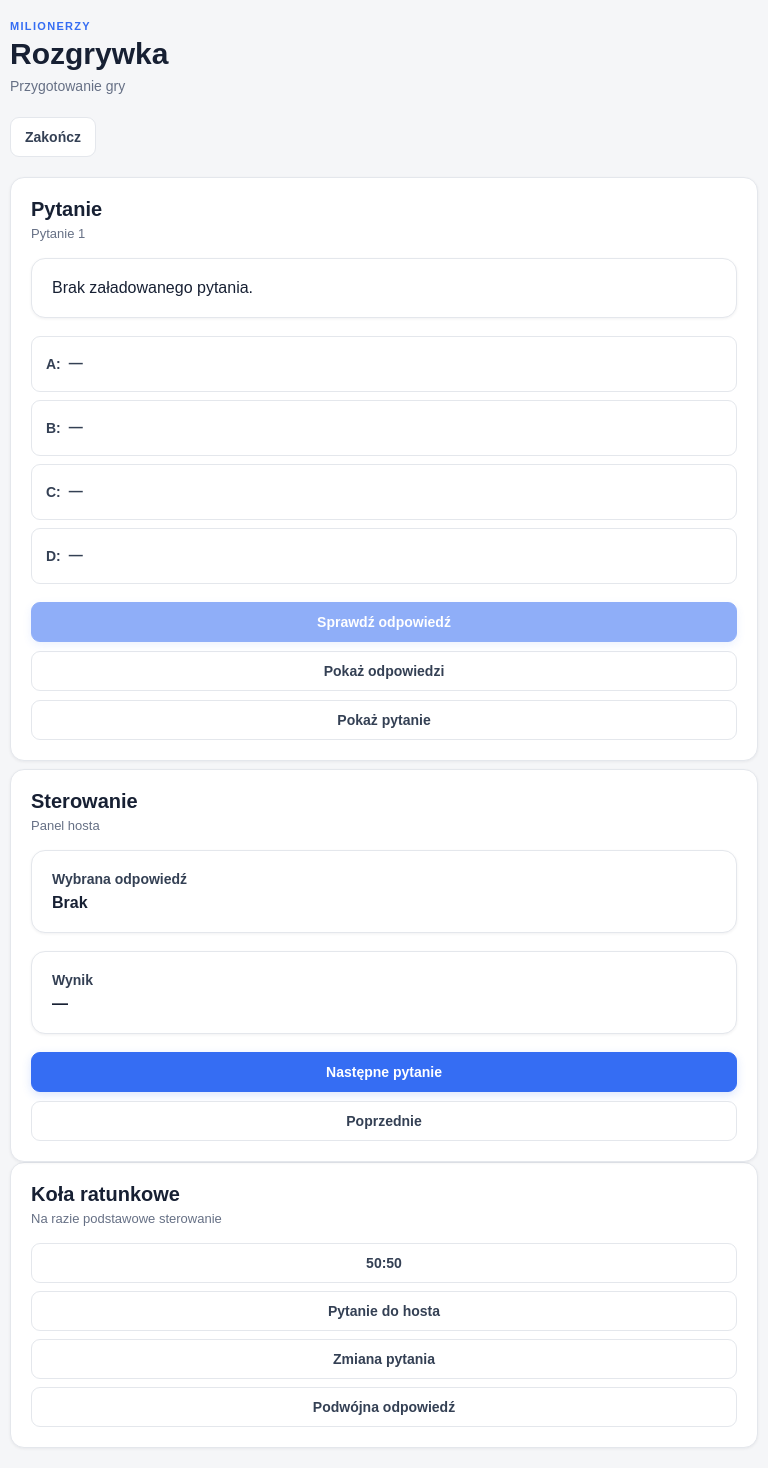
Repository: WaleonGames/HTGMilionerzy
Page: views/game.html
An editor plug-in stored every save of this project. The page is shown before and after a run of saves, followed by the edit.
The browser window is 768 px wide. The pictures show the whole page.

Above is the page before, as saved 2026-09-05 20:42:41.

### views/game.html
<!doctype html>
<html lang="pl">
<head>
  <meta charset="UTF-8">
  <meta name="viewport" content="width=device-width,initial-scale=1.0">

  <title>Milionerzy - Gra</title>

  <link rel="stylesheet" href="../public/css/style.css">
  <link rel="stylesheet" href="../public/css/design.css">
</head>
<body>
  <main class="page">
    <header class="page-header">
      <div class="page-header-main">
        <span class="eyebrow">
          MILIONERZY
        </span>

        <h1 class="page-title">
          Rozgrywka
        </h1>

        <p
          id="gameStatus"
          class="page-description"
        >
          Przygotowanie gry
        </p>
      </div>

      <div class="form-actions">
        <button
          id="backButton"
          class="button button-secondary"
          type="button"
        >
          Zakończ
        </button>
      </div>
    </header>

    <section class="grid grid-2">
      <section class="panel">
        <div class="panel-header">
          <div>
            <h2>
              Pytanie
            </h2>

            <span id="questionNumber">
              Pytanie 1
            </span>
          </div>
        </div>

        <div class="form">
          <div
            id="questionText"
            class="card"
          >
            Brak załadowanego pytania.
          </div>

          <div
            id="answersGrid"
            class="grid grid-2"
          >
            <button
              class="button answer-option"
              data-answer="A"
              type="button"
            >
              <strong>A:</strong>
              <span id="answerTextA">—</span>
            </button>

            <button
              class="button answer-option"
              data-answer="B"
              type="button"
            >
              <strong>B:</strong>
              <span id="answerTextB">—</span>
            </button>

            <button
              class="button answer-option"
              data-answer="C"
              type="button"
            >
              <strong>C:</strong>
              <span id="answerTextC">—</span>
            </button>

            <button
              class="button answer-option"
              data-answer="D"
              type="button"
            >
              <strong>D:</strong>
              <span id="answerTextD">—</span>
            </button>
          </div>

          <div class="form-actions">
            <button
              id="showQuestionButton"
              class="button button-secondary"
              type="button"
            >
              Pokaż pytanie
            </button>

            <button
              id="showAnswersButton"
              class="button button-secondary"
              type="button"
            >
              Pokaż odpowiedzi
            </button>

            <button
              id="checkAnswerButton"
              class="button button-primary"
              type="button"
              disabled
            >
              Sprawdź odpowiedź
            </button>
          </div>
        </div>
      </section>

      <section class="panel">
        <div class="panel-header">
          <div>
            <h2>
              Sterowanie
            </h2>

            <span>
              Panel hosta
            </span>
          </div>
        </div>

        <div class="form">
          <div class="card">
            <div class="form-field">
              <label>
                Wybrana odpowiedź
              </label>

              <strong id="selectedAnswer">
                Brak
              </strong>
            </div>
          </div>

          <div class="card">
            <div class="form-field">
              <label>
                Wynik
              </label>

              <strong id="answerResult">
                —
              </strong>
            </div>
          </div>

          <div class="form-actions">
            <button
              id="previousQuestionButton"
              class="button button-secondary"
              type="button"
            >
              Poprzednie
            </button>

            <button
              id="nextQuestionButton"
              class="button button-primary"
              type="button"
            >
              Następne pytanie
            </button>
          </div>
        </div>
      </section>
    </section>

    <section class="panel">
      <div class="panel-header">
        <div>
          <h2>
            Koła ratunkowe
          </h2>

          <span>
            Na razie podstawowe sterowanie
          </span>
        </div>
      </div>

      <div class="grid grid-4">
        <button
          id="lifeline5050"
          class="button"
          type="button"
        >
          50:50
        </button>

        <button
          id="lifelineHost"
          class="button"
          type="button"
        >
          Pytanie do hosta
        </button>

        <button
          id="lifelineChange"
          class="button"
          type="button"
        >
          Zmiana pytania
        </button>

        <button
          id="lifelineDouble"
          class="button"
          type="button"
        >
          Podwójna odpowiedź
        </button>
      </div>
    </section>
  </main>

  <script src="../public/js/design.js"></script>
  <script src="../public/js/game.js"></script>
</body>
</html>

### public/css/style.css
*{
  box-sizing:border-box;
  margin:0;
  padding:0;
}

html,
body{
  width:100%;
  min-height:100%;
}

body{
  min-height:100vh;
  font-family:Arial,sans-serif;
}

button,
input,
select,
textarea{
  font:inherit;
}

button{
  cursor:pointer;
}

[hidden]{
  display:none !important;
}

/* =========================
   APP
========================= */

.app{
  min-height:100vh;
}

/* =========================
   PAGE
========================= */

.page{
  width:min(1100px,calc(100% - 32px));
  margin:0 auto;
  padding:28px 0;
}

.page-header{
  display:flex;
  align-items:center;
  justify-content:space-between;
  gap:20px;
  margin-bottom:20px;
}

.page-header-main{
  min-width:0;
}

.page-title{
  margin:4px 0;
  font-size:30px;
  line-height:1.2;
}

.page-description{
  font-size:14px;
  line-height:1.5;
}

.eyebrow{
  display:block;
  font-size:11px;
  font-weight:800;
  letter-spacing:.12em;
}

.text-muted{
  font-size:13px;
}

/* =========================
   TOPBAR
========================= */

.topbar{
  display:flex;
  align-items:center;
  justify-content:space-between;
  gap:20px;
  min-height:72px;
  padding:14px 24px;
}

.topbar-left{
  display:flex;
  align-items:center;
  gap:14px;
  min-width:0;
}

.topbar-left>div{
  min-width:0;
}

.topbar-left h1{
  margin:0;
  font-size:24px;
  line-height:1.2;
}

.topbar-left p{
  margin-top:4px;
  font-size:13px;
}

.topbar-actions{
  display:flex;
  align-items:center;
  gap:9px;
}

/* =========================
   APP LAYOUT
========================= */

.app-layout{
  display:grid;
  grid-template-columns:240px minmax(0,1fr);
  min-height:calc(100vh - 82px);
}

/* =========================
   SIDEBAR
========================= */

.sidebar{
  display:flex;
  flex-direction:column;
  padding:18px 14px;
  border-right:1px solid;
}

/* =========================
   NAVIGATION
========================= */

.nav{
  display:flex;
  flex-direction:column;
  gap:6px;
}

.nav-item{
  display:flex;
  align-items:center;
  width:100%;
  min-height:44px;
  padding:0 13px;
  border:0;
  border-radius:9px;
  font-size:14px;
  font-weight:700;
  text-align:left;
}

/* =========================
   CONTENT
========================= */

.content{
  width:100%;
  min-width:0;
  max-width:1050px;
  padding:28px 30px 50px;
}

/* =========================
   SECTION
========================= */

.section-header{
  margin-bottom:18px;
}

.section-header h2{
  font-size:27px;
  line-height:1.2;
}

.section-header p{
  margin-top:5px;
  font-size:14px;
  line-height:1.5;
}

/* =========================
   TAB
========================= */

.tab-panel{
  display:none;
}

.tab-panel.active{
  display:block;
}

/* =========================
   PANEL
========================= */

.panel{
  padding:20px;
  border:1px solid;
  border-radius:14px;
}

.panel-header{
  display:flex;
  align-items:center;
  justify-content:space-between;
  gap:16px;
  margin-bottom:16px;
}

.panel-header h2{
  margin-bottom:3px;
  font-size:20px;
}

.panel-header span{
  font-size:13px;
}

/* =========================
   CARD
========================= */

.card{
  padding:20px;
  border:1px solid;
  border-radius:14px;
}

/* =========================
   ACTION CARD
========================= */

.action-card{
  display:flex;
  flex-direction:column;
  align-items:flex-start;
  justify-content:center;

  width:100%;
  min-height:130px;

  padding:20px;

  text-align:left;

  cursor:pointer;
}

.action-card-title{
  font-size:18px;
  font-weight:800;
}

.action-card-description{
  margin-top:7px;

  font-size:13px;
  line-height:1.45;
}

/* =========================
   BUTTON
========================= */

.button{
  display:inline-flex;
  align-items:center;
  justify-content:center;
  min-height:40px;
  padding:0 14px;
  border:1px solid;
  border-radius:9px;
  font-size:14px;
  font-weight:700;
  text-decoration:none;
}

.button:active{
  transform:scale(.98);
}

.button-icon{
  width:40px;
  height:40px;
  flex:0 0 40px;
  padding:0;
  font-size:20px;
}

/* =========================
   LIST
========================= */

.list{
  display:flex;
  flex-direction:column;
  gap:10px;
}

.list-item{
  padding:14px;
  border:1px solid;
  border-radius:10px;
}

.list-item-header{
  display:flex;
  align-items:flex-start;
  justify-content:space-between;
  gap:16px;
  margin-bottom:12px;
}

.list-item-header h3{
  flex:1;
  min-width:0;
  font-size:16px;
  line-height:1.4;
}

/* =========================
   GRID
========================= */

.grid{
  display:grid;
  gap:8px;
}

.grid-2{
  grid-template-columns:repeat(2,minmax(0,1fr));
}

.grid-3{
  grid-template-columns:repeat(3,minmax(0,1fr));
}

.grid-4{
  grid-template-columns:repeat(4,minmax(0,1fr));
}

/* =========================
   ANSWER
========================= */

.answer{
  padding:9px 11px;
  border:1px solid transparent;
  border-radius:8px;
  font-size:14px;
  line-height:1.35;
}

.answer strong{
  margin-right:4px;
}

/* =========================
   FORM
========================= */

.form{
  display:flex;
  flex-direction:column;
  gap:18px;
}

.form-field{
  display:flex;
  flex-direction:column;
  gap:7px;
}

.form-field label{
  display:flex;
  align-items:center;
  justify-content:space-between;
  gap:10px;
  font-size:14px;
  font-weight:700;
}

input,
select,
textarea{
  width:100%;
  min-height:40px;
  padding:8px 10px;
  border:1px solid;
  border-radius:8px;
}

textarea{
  min-height:90px;
  resize:vertical;
}

.form-grid{
  display:grid;
  grid-template-columns:repeat(2,minmax(0,1fr));
  gap:10px;
}

.form-actions{
  display:flex;
  align-items:center;
  justify-content:flex-end;
  gap:9px;
}

/* =========================
   INPUT GROUP
========================= */

.input-group{
  display:flex;
  align-items:center;
  overflow:hidden;
  min-height:40px;
  border:1px solid;
  border-radius:8px;
}

.input-group-label{
  display:flex;
  align-items:center;
  justify-content:center;
  align-self:stretch;
  width:40px;
  flex:0 0 40px;
  font-size:13px;
  font-weight:700;
}

.input-group input{
  min-height:40px;
  border:0;
  border-radius:0;
}

/* =========================
   SETTING ROW
========================= */

.setting-row{
  display:flex;
  align-items:center;
  justify-content:space-between;
  gap:20px;
  padding:14px;
  border:1px solid;
  border-radius:10px;
  cursor:pointer;
}

.setting-row>div{
  display:flex;
  flex-direction:column;
  gap:4px;
  min-width:0;
}

.setting-row strong{
  font-size:14px;
  line-height:1.35;
}

.setting-row span{
  font-size:13px;
  line-height:1.4;
}

/* =========================
   SWITCH
========================= */

.setting-row input[type="checkbox"]{
  position:relative;
  appearance:none;
  width:44px;
  min-width:44px;
  height:24px;
  min-height:24px;
  padding:0;
  border:0;
  border-radius:999px;
  cursor:pointer;
}

.setting-row input[type="checkbox"]::after{
  content:"";
  position:absolute;
  top:3px;
  left:3px;
  width:18px;
  height:18px;
  border-radius:50%;
  transition:transform .18s ease;
}

.setting-row input[type="checkbox"]:checked::after{
  transform:translateX(20px);
}

/* =========================
   RANGE
========================= */

input[type="range"]{
  height:6px;
  min-height:6px;
  padding:0;
  appearance:none;
  border:0;
  border-radius:999px;
}

input[type="range"]::-webkit-slider-thumb{
  appearance:none;
  width:18px;
  height:18px;
  border-radius:50%;
  cursor:pointer;
}

input[type="range"]::-moz-range-thumb{
  width:18px;
  height:18px;
  border:0;
  border-radius:50%;
  cursor:pointer;
}

/* =========================
   COLOR
========================= */

input[type="color"]{
  width:80px;
  height:40px;
  padding:4px;
  cursor:pointer;
}

/* =========================
   PRIZE LIST
========================= */

.prize-list{
  display:flex;
  flex-direction:column;
  gap:9px;
}

.prize-item{
  display:grid;
  grid-template-columns:100px minmax(0,1fr) 180px;
  align-items:center;
  gap:10px;
  padding:10px 12px;
  border:1px solid;
  border-radius:9px;
}

.prize-number{
  font-size:14px;
  font-weight:700;
}

/* =========================
   EMPTY
========================= */

.empty{
  padding:28px 16px;
  border:1px dashed;
  border-radius:10px;
  text-align:center;
  font-size:14px;
}

/* =========================
   MODAL
========================= */

.modal-backdrop{
  position:fixed;
  inset:0;
  z-index:1000;
  display:flex;
  align-items:center;
  justify-content:center;
  padding:16px;
}

.modal-backdrop[hidden]{
  display:none;
}

.modal{
  width:min(580px,100%);
  max-height:calc(100vh - 32px);
  overflow:auto;
  padding:18px;
  border:1px solid;
  border-radius:13px;
}

.modal-header{
  display:flex;
  align-items:flex-start;
  justify-content:space-between;
  gap:16px;
  margin-bottom:18px;
}

.modal-header h2{
  margin-top:3px;
  font-size:22px;
}

.modal-actions{
  display:flex;
  align-items:center;
  justify-content:flex-end;
  gap:9px;
  margin-top:18px;
}

/* =========================
   MAIN MENU
========================= */

.main-menu{
  width:min(980px,calc(100% - 32px));
  margin:0 auto;
  padding:40px 0;
}

.menu-header{
  margin-bottom:24px;
}

.menu-header h1{
  margin:5px 0;
  font-size:34px;
}

.menu-header p{
  font-size:14px;
}

.menu-grid{
  display:grid;
  grid-template-columns:repeat(2,minmax(0,1fr));
  gap:14px;
}

.menu-card{
  display:flex;
  flex-direction:column;
  align-items:flex-start;
  justify-content:center;
  min-height:130px;
  padding:20px;
  border:1px solid;
  border-radius:14px;
  text-align:left;
}

.menu-card-title{
  font-size:18px;
  font-weight:800;
}

.menu-card-description{
  margin-top:7px;
  font-size:13px;
  line-height:1.45;
}

/* =========================
   STATUS
========================= */

.status-message{
  position:fixed;
  right:24px;
  bottom:24px;
  z-index:1100;
  padding:12px 16px;
  border-radius:9px;
  font-size:14px;
  font-weight:700;
}

/* =========================
   SETTING INLINE
========================= */

.setting-inline{
  display:flex;
  align-items:center;
  gap:8px;
  font-size:13px;
  font-weight:700;
  cursor:pointer;
}

.setting-inline input[type="checkbox"]{
  width:17px;
  min-width:17px;
  height:17px;
  min-height:17px;
  padding:0;
  flex:0 0 17px;
}

/* =========================
   PRIZE INPUT
========================= */

.prize-item input[type="number"]{
  width:100%;
  min-width:0;
}

/* =========================
   FORM FIELD HELPERS
========================= */

.form-field>label>span{
  margin-left:auto;
  font-size:13px;
  font-weight:600;
}

/* =========================
   SELECT
========================= */

select{
  cursor:pointer;
}

/* =========================
   STATUS
========================= */

.status-message[hidden]{
  display:none;
}

/* =========================
   GAME / ANSWER OPTION
========================= */

.answer-option{
  display:flex;
  align-items:center;
  justify-content:flex-start;
  gap:8px;
  width:100%;
  min-height:56px;
  padding:12px 14px;
  text-align:left;
}

.answer-option strong{
  flex:0 0 auto;
  font-size:14px;
}

.answer-option span{
  min-width:0;
  font-size:14px;
  line-height:1.4;
}

.answer-option.selected{
  border-width:2px;
}

.game-question{
  min-height:90px;
  display:flex;
  align-items:center;
  font-size:18px;
  font-weight:700;
  line-height:1.5;
}

.game-value{
  display:flex;
  flex-direction:column;
  gap:6px;
}

.game-value>span{
  font-size:13px;
}

.game-value>strong{
  font-size:18px;
}

.game-controls{
  display:flex;
  flex-wrap:wrap;
  gap:9px;
}

.game-controls .button{
  flex:1;
}

/* =========================
   RESPONSIVE
========================= */

@media(max-width:800px){
  .page{
    width:calc(100% - 20px);
    padding:20px 0;
  }

  .page-header,
  .panel-header{
    align-items:flex-start;
    flex-direction:column;
  }

  .topbar{
    align-items:flex-start;
    flex-direction:column;
  }

  .topbar-actions{
    width:100%;
  }

  .topbar-actions .button{
    flex:1;
  }

  .app-layout{
    grid-template-columns:1fr;
  }

  .sidebar{
    overflow-x:auto;
    border-right:0;
    border-bottom:1px solid;
  }

  .nav{
    flex-direction:row;
  }

  .nav-item{
    flex:0 0 auto;
    width:auto;
    white-space:nowrap;
  }

  .content{
    max-width:none;
    padding:20px 16px 40px;
  }

  .menu-grid{
    grid-template-columns:1fr;
  }

  .grid-2,
  .grid-3,
  .grid-4,
  .form-grid{
    grid-template-columns:1fr;
  }

  .prize-item{
    grid-template-columns:1fr;
  }

  .modal-actions,
  .form-actions{
    flex-direction:column-reverse;
  }

  .modal-actions .button,
  .form-actions .button{
    width:100%;
  }
}

Loaded but not shown: public/js/design.js (200 lines, source omitted); public/css/design.css (1034 lines, source omitted); public/js/shortcuts/game.js (no copy from this time; the picture is the same without it)

After the next 2 saves:
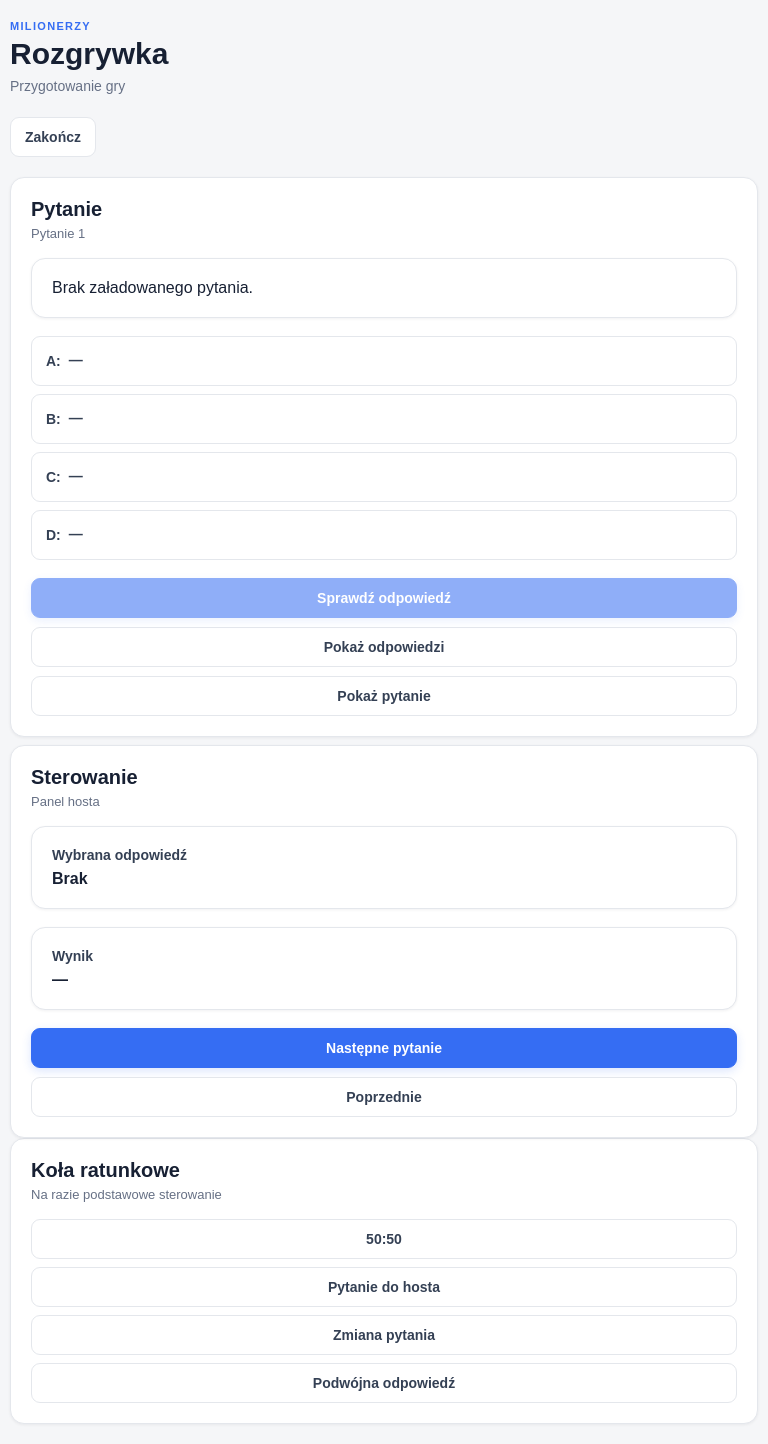
The 2 saves are shown as one change because they came seconds apart.
The last was saved 10 s later.
--- a/public/css/style.css
+++ b/public/css/style.css
@@ -912,4 +912,16 @@ select{
   .form-actions .button{
     width:100%;
   }
-}
+
+  .answer-option{
+    min-height:50px;
+  }
+
+  .game-controls{
+    flex-direction:column;
+  }
+
+  .game-controls .button{
+    width:100%;
+  }
+}
